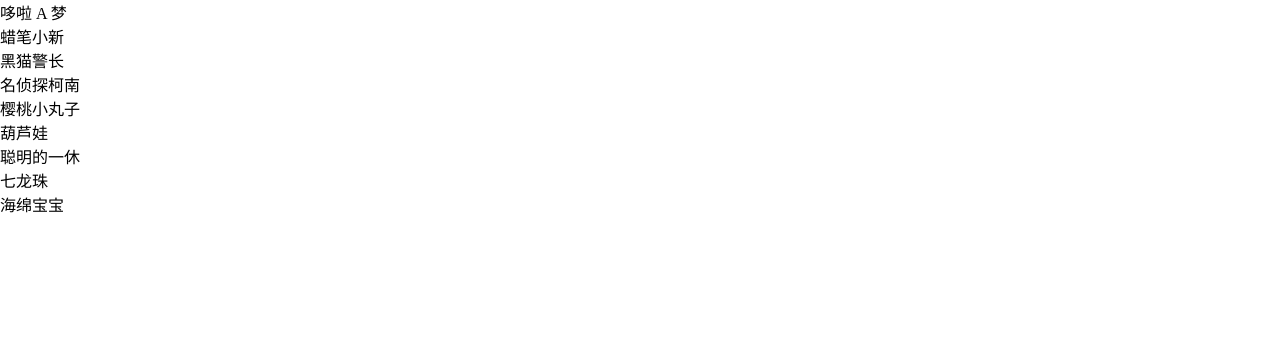
Repository: iccyyxx/StudyNotes
Page: JQuery/使用jQuery实现图片展示案例/index.html
An editor plug-in stored every save of this project. The page is shown before and after the next save, followed by the edit.
The browser window is 1280 px wide. The pictures show the whole page.

Above is the page before, as saved 2021-08-29 17:56:32.

### JQuery/使用jQuery实现图片展示案例/index.html
<!DOCTYPE html>
<html lang="en">

<head>
    <meta charset="UTF-8">
    <meta http-equiv="X-UA-Compatible" content="IE=edge">
    <meta name="viewport" content="width=device-width, initial-scale=1.0">
    <title>Document</title>
    <link rel="stylesheet" href="index.css">
</head>

<body>
    <!-- 主体 -->
    <div id="show" class="show">
        <!-- 左侧tab栏 -->
        <div class="left-tab">
            <ul>
                <li><a href="">哆啦 A 梦</a></li>
                <li><a href="">蜡笔小新</a></li>
                <li><a href="">黑猫警长</a></li>
                <li><a href="">名侦探柯南</a></li>
                <li><a href="">樱桃小丸子</a></li>
                <li><a href="">葫芦娃</a></li>
                <li><a href="">聪明的一休</a></li>
                <li><a href="">七龙珠</a></li>
                <li><a href="">海绵宝宝</a></li>
            </ul>
        </div>
        <div class="right-image">

        </div>
        <!-- 右侧图片展示栏 -->
    </div>
</body>

</html>

### JQuery/使用jQuery实现图片展示案例/index.css
* {
    padding: 0;
    margin: 0;
    box-sizing: border-box;
}

li, ul {
    list-style: none;
}

a {
    text-decoration: none;
}

a:visited {
    text-decoration: none;
    color: black;
}

.show {
    width: 100px;
    height: 270px;
}

.left-tab li {}

After the next save:
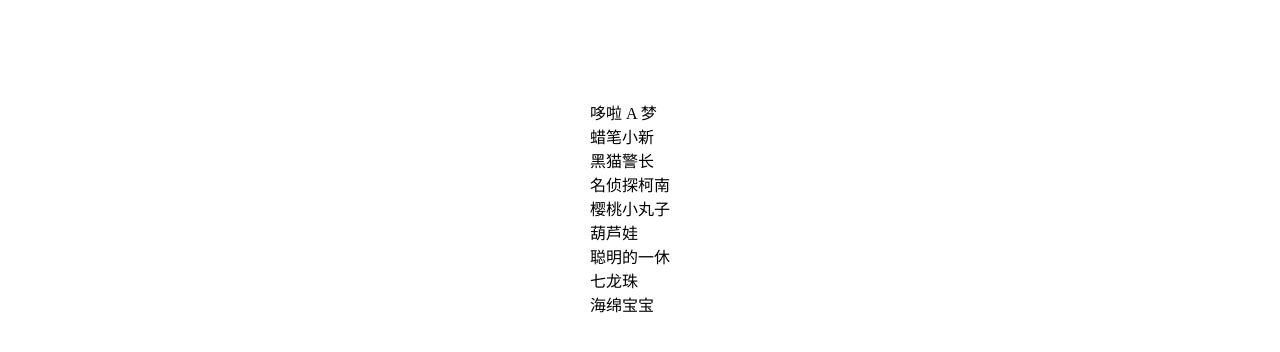
Saved 13 s later.
--- a/JQuery/使用jQuery实现图片展示案例/index.css
+++ b/JQuery/使用jQuery实现图片展示案例/index.css
@@ -18,6 +18,7 @@
 }
 
 .show {
+    margin: 100px auto;
     width: 100px;
     height: 270px;
 }
